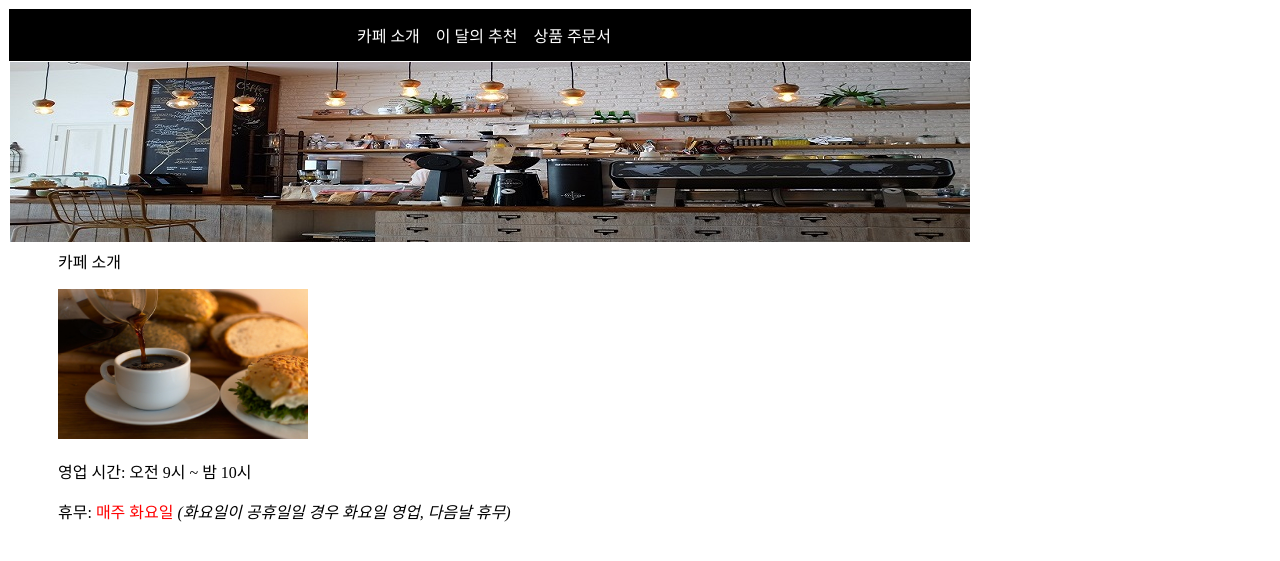
Repository: jpg723/Assignment
Page: http://localhost/mid/
These files come from the project's save history. The page is drawn as it stood at one moment and after the next save; the edit follows.
The browser window is 1280 px wide. The pictures show the whole page.
The page is served by Tomcat 9.

Above is the page before, as saved 2021-11-01 12:14:42.

After the next save:
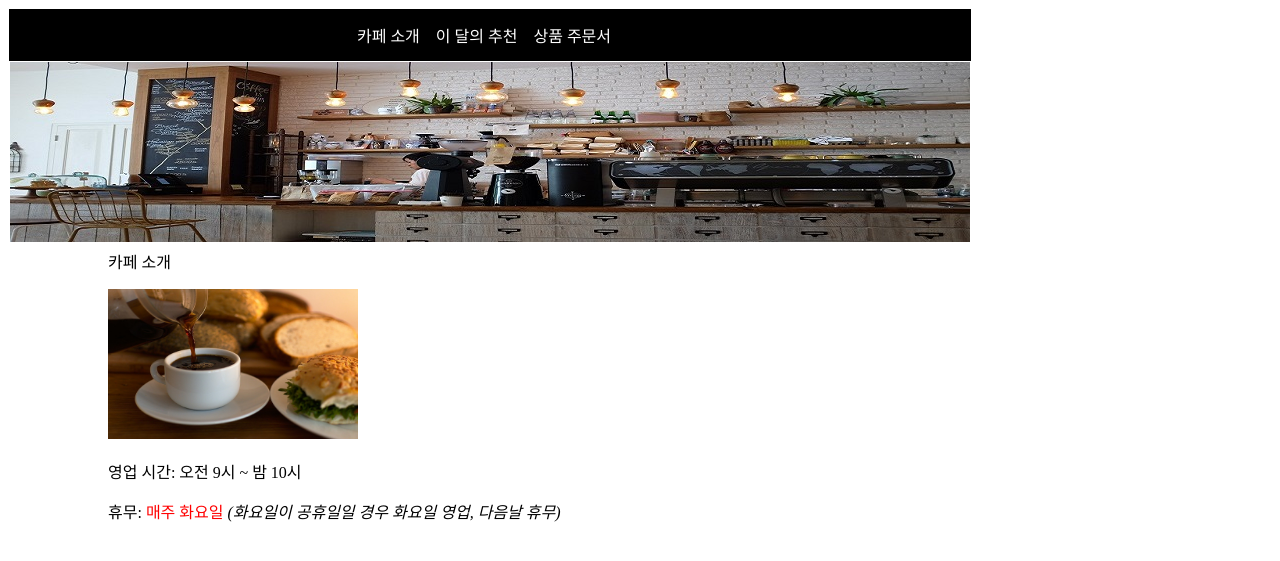
Saved 9 s later.
--- a/웹프로그래밍/mid/src/main/webapp/index.jsp
+++ b/웹프로그래밍/mid/src/main/webapp/index.jsp
@@ -7,7 +7,7 @@
 <style>
 	td.t1{
 		margin: 100px;
-		padding-left: 50px;
+		padding-left: 100px;
 		padding-right: 50px
 	}
 	td.t2 {
